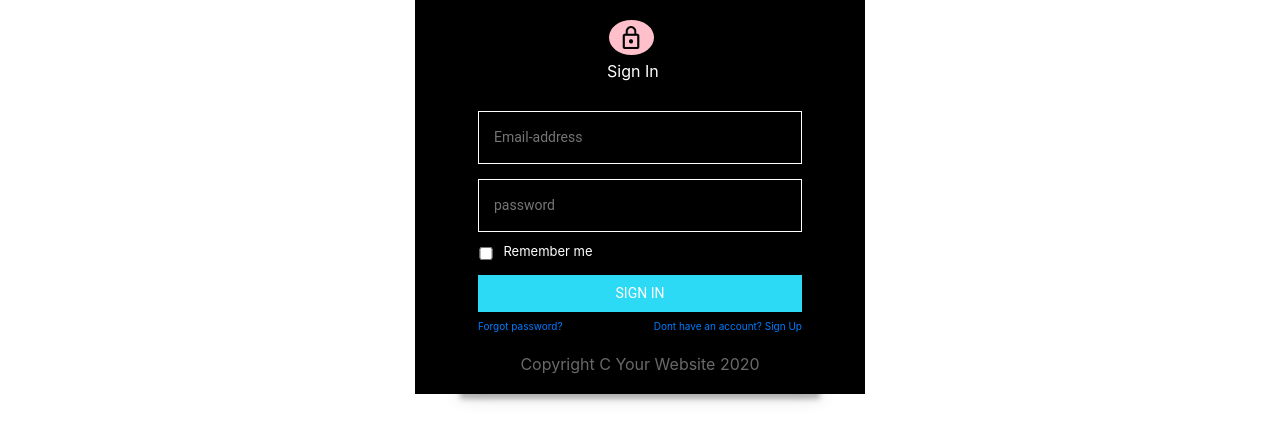
Repository: andbilous/cursor-styled-components
Page: /sign-in
An editor plug-in stored every save of this project. The page is shown before and after the next save, followed by the edit.
The browser window is 1280 px wide. The pictures show the whole page.
The project was rebuilt for these pictures with package versions that can differ from the ones it lists, and the page was loaded fresh each time. Also part of the build but not shown: src/App.css, src/components/SignUpForm.jsx.

Above is the page before, as saved 2020-04-19 22:02:51.

### src/App.js
import React from 'react';
import {
  BrowserRouter as Router,
  Switch,
  Route,
  Link
} from "react-router-dom";
import './App.css';
import SignInForm from './components/SignInForm';
import SignUpForm from './components/SignUpForm';

function App() {
  return (
   <Router>
      <Switch>
          <Route exact path="/sign-in">
            <SignInForm />
          </Route>
          <Route path="/sign-up">
            <SignUpForm />
          </Route>
        </Switch>
   </Router>
  );
}

export default App;

### src/components/SignInForm.jsx
import React,{useState} from 'react';
import styled from "styled-components";

const SignInFormStyles=styled.div`
*{
  box-sizing: border-box;
}
.login-page {
  width: 450px;
  margin: auto;
  background: #000;
}
.form {
  position: relative;
  z-index: 1;
  max-width: 360px;
  margin: 0 auto;
  margin-top:10px;
  padding: 18px;
  text-align: center;
  box-shadow: 0 0 20px 0 rgba(0, 0, 0, 0.2), 0 5px 5px 0 rgba(0, 0, 0, 0.24);
}
.form input {
  font-family: "Roboto", sans-serif;
  outline: 0;
  border: 1px solid #fff;
  background:transparent;
  width: 100%;
  margin: 0 0 15px;
  padding: 15px;
  font-size: 14px;
}
.form input[type="checkbox"]{
  transform: translateX(-100px);
}
.form button {
  font-family: "Roboto", sans-serif;
  text-transform: uppercase;
  outline: 0;
  background: #2cdaf5;
  width: 100%;
  border: 0;
  padding: 8px;
  color: #FFFFFF;
  font-size: 14px;
  -webkit-transition: all 0.3 ease;
  transition: all 0.3 ease;
  cursor: pointer;
}
.form button:hover,.form button:active,.form button:focus {
  background: #43A047;
}
.form .message {
  margin: 15px 0 0;
  color: #b3b3b3;
  font-size: 12px;
}
.form .message a {
  color: #4CAF50;
  text-decoration: none;
}
.container {
  position: relative;
  z-index: 1;
  max-width: 300px;
  margin: 0 auto;
}
.container:before, .container:after {
  content: "";
  display: block;
  clear: both;
}
.container .info {
  margin: 50px auto;
  text-align: center;
}
.container .info h1 {
  margin: 0 0 15px;
  padding: 0;
  font-size: 36px;
  font-weight: 300;
  color: #1a1a1a;
}
.container .info span {
  color: #4d4d4d;
  font-size: 12px;
}
.container .info span a {
  color: #000000;
  text-decoration: none;
}
.container .info span .fa {
  color: #EF3B3A;
}
body {
  background: #76b852; /* fallback for old browsers */
  background: -webkit-linear-gradient(right, #76b852, #8DC26F);
  background: -moz-linear-gradient(right, #76b852, #8DC26F);
  background: -o-linear-gradient(right, #76b852, #8DC26F);
  background: linear-gradient(to left, #76b852, #8DC26F);
  font-family: "Roboto", sans-serif;
  -webkit-font-smoothing: antialiased;
  -moz-osx-font-smoothing: grayscale;
}
.links{
  display:flex
}
.remember{
color:#fff;
}
.additional{
 color: #2cdaf5;
 display: flex;
 justify-content: space-between;
}
.additional a{
  font-size:10px
 }
.img-container{
  background: pink;
  border-radius: 50%;
  width:10%;
  transform: translateY(20px);
  margin-left: 43%;
}
img{
  margin: 6px 11px;
  width: 50%;
}
.image-label{
  display:block;
  color:#fff;
  margin-left: 12rem;
  margin-top: 1.5rem;
}
.label-remember{
  display: inline-block;
  margin-bottom: .5rem;
  transform: translateX(-200px);
  font-size: 13px;
  width: 50%;
  margin-top: -5px;
}
footer{
  color: dimgrey;
}
`



const SignInForm =() =>{
  const [email,setEmail] = useState('');
  const [password,setPassword] = useState('');
  return (
    <SignInFormStyles>
<div class="login-page">
  <div class='img-container'>
    <img src={require('../assets/padlock.png')}/>
    </div>
    <span class='image-label'>Sign In</span>
  <div class="form">
    <form class="login-form">
    <input type="text" onChange={(e)=>{setEmail(e.target.value)}} value={email} placeholder="Email-address"/>
      <input type="password" value={password} placeholder="password"/>
      <div class='links remember'><input type="checkbox"/>
      <label class='label-remember'>Remember me</label></div>
     <button>Sign In</button>
     <div class='links additional'>
     <p><a href="#">Forgot password?</a></p>
       <p><a href="#">Dont have an account? Sign Up</a></p>
       </div>
       <footer>
       <span>Copyright C Your Website 2020</span>
       </footer>
    </form>
  </div>
</div>
    </SignInFormStyles>

  )
}


export default  SignInForm;

Loaded but not shown: public/index.html (common file); src/index.js (common file); src/index.css (common file); src/serviceWorker.js (common file)

After the next save:
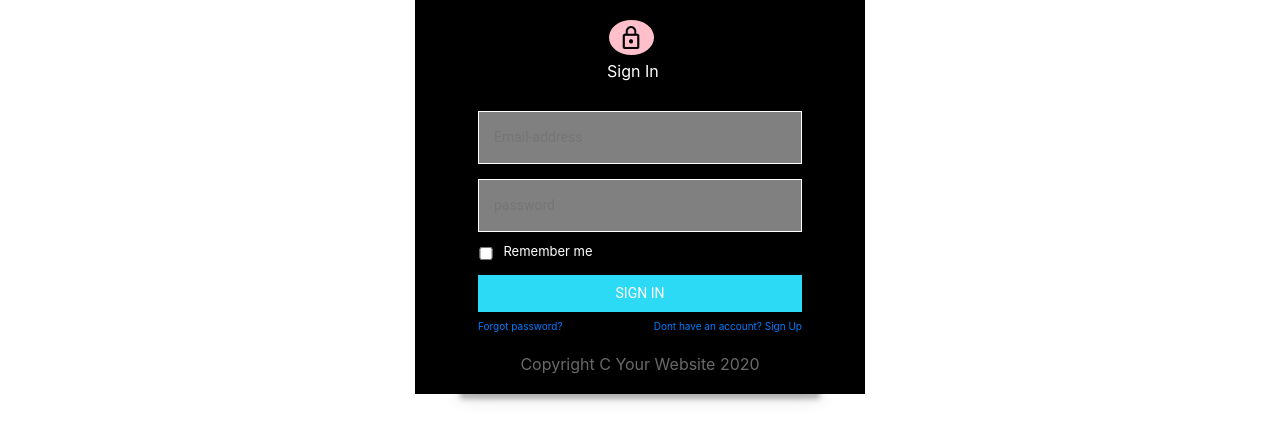
Saved 20 s later.
--- a/src/components/SignInForm.jsx
+++ b/src/components/SignInForm.jsx
@@ -24,7 +24,7 @@ const SignInFormStyles=styled.div`
   font-family: "Roboto", sans-serif;
   outline: 0;
   border: 1px solid #fff;
-  background:transparent;
+  background:grey;
   width: 100%;
   margin: 0 0 15px;
   padding: 15px;
